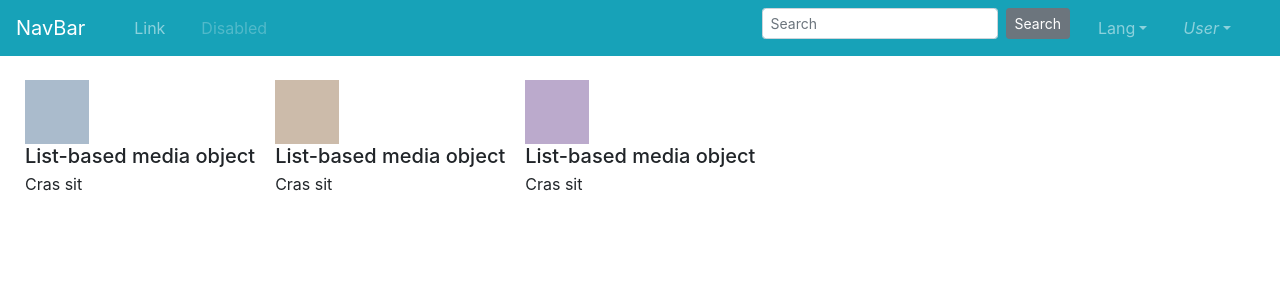
Repository: Funnyrz/vue-nav
Page: /
These files come from the project's save history. The page is drawn as it stood at one moment and after the next save; the edit follows.
The browser window is 1280 px wide. The pictures show the whole page.
The project was rebuilt for these pictures with package versions that can differ from the ones it lists, and the page was loaded fresh each time.

Above is the page before, as saved 2020-08-24 22:50:39.

After the next save:
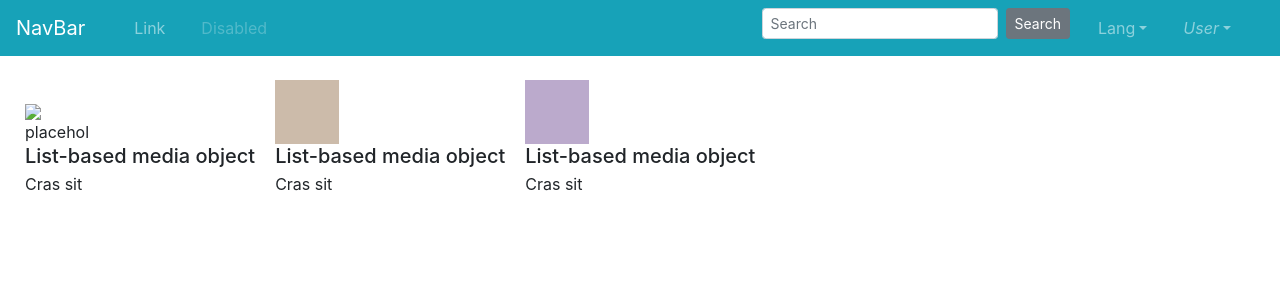
Saved 31 s later.
--- a/src/components/HelloWorld.vue
+++ b/src/components/HelloWorld.vue
@@ -44,7 +44,7 @@
           <ul class="list-unstyled">
             <b-media tag="li">
               <template v-slot:aside>
-                <b-img blank blank-color="#abc" width="64" alt="placeholder"></b-img>
+                <b-img v-bind="mainProps" roundedblank-color="#abc" width="64" alt="placeholder"></b-img>
               </template>
               <h5 class="mt-0 mb-1">List-based media object</h5>
               <p class="mb-0">Cras sit</p>
